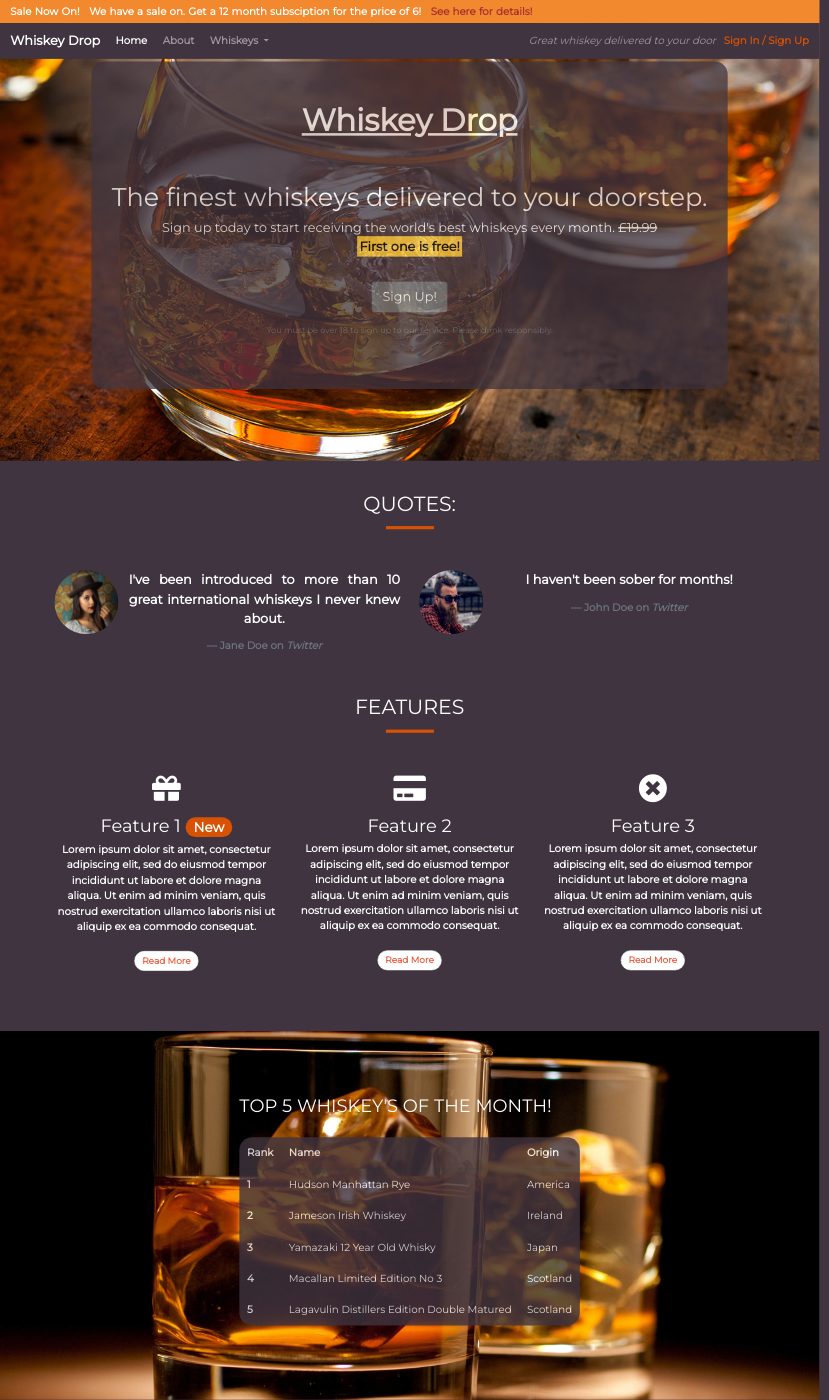
Repository: ClaireRoberts1403/Whiskey-Drop
Page: index.html
The author's editor kept a record of every edit. The page is drawn from the files as they stood at one moment, then again after the next edit.
The browser window is 1280 px wide. The page is 1295 px wide, so the pictures cover 1295 px, including what lies to the right of the window. The pictures show the whole page, at 64% of full size.
Backgrounds fixed to the window are drawn as part of the page. Some web libraries are served in a nearby version.

Above is the page before.

### index.html
<!DOCTYPE html>
<html lang="en-us">

<head>
    <meta charset="utf-8">
    <meta name="viewport" content="width=device-width, initial-scale=1.0">
    <title>Whiskey Drop | Taste a new whiskey every month</title>
    <link rel="stylesheet" href="https://maxcdn.bootstrapcdn.com/bootstrap/4.1.3/css/bootstrap.min.css">
    <link rel="stylesheet" href="https://use.fontawesome.com/releases/v5.6.1/css/all.css" integrity="sha384-gfdkjb5BdAXd+lj+gudLWI+BXq4IuLW5IT+brZEZsLFm++aCMlF1V92rMkPaX4PP" crossorigin="anonymous">
    <link href="https://fonts.googleapis.com/css?family=Montserrat&display=swap" rel="stylesheet">
    <link rel="stylesheet" href="CSS/style.css" type="text/css" />
</head>

<body>
    <!-- Nav-alert -->
    <div class="container-fluid navalert-container">
        <div class="container-fluid alert-container">
            <div class="row d-none d-sm-block">
                <div class="col-12">
                    <div class="alert alert-warning">
                        <strong>Sale Now On!</strong>&nbsp&nbsp We have a sale on. Get a 12 month subsciption for the price of 6! &nbsp <a class="a1" href="">See here for details!</a>
                    </div>
                </div>
            </div>
        </div>
        <!-- Nav -->
        <nav class="navbar navbar-dark navbar-expand-sm bg-dark">
            <a href="/" class="navbar-brand">Whiskey Drop</a>
            <button class="navbar-toggler ml-auto" type="button" data-toggle="collapse" data-target="#navbarNavDropdown" aria-controls="navbarNavDropdown" aria-expanded="false" aria-label="Toggle navigation">
        <span class="navbar-toggler-icon"></span></button>

            <div class="collapse navbar-collapse" id="navbarNavDropdown">
                <ul class="navbar-nav mr-auto">
                    <li class="active nav-item mr-2"><a class="nav-link" href="/">Home</a></li>
                    <li class="nav-item mr-2"><a class="nav-link" href="">About</a></li>
                    <li class="nav-item dropdown">
                        <a class="nav-link dropdown-toggle" href="#" id="navbarDropdownMenuLink" role="button" data-toggle="dropdown" aria-haspopup="true" aria-expanded="false">
                        Whiskeys
                        </a>
                        <div class="dropdown-menu" aria-labelledby="navbarDropdownMenuLink">
                            <a class="dropdown-item" href="#">Irish</a>
                            <a class="dropdown-item" href="#">Scotch</a>
                            <a class="dropdown-item" href="#">Japanese</a>
                            <a class="dropdown-item" href="#">American</a>

                    </li>
                    <li class="nav-item mr-2 d-block d-sm-none"><a class="nav-link" href="">Sign In / Sign Up</a></li>
                </ul>
                </div>
                <div class="d-none d-md-none d-lg-block">
                    <p class="navbar-text my-auto mr-2"><i>Great whiskey delivered to your door</i></p>
                    <a class="a" href="/login">Sign In / Sign Up</a>
                </div>
        </nav>
        </div>
    </div>
    <!-- Jumbotron -->
    <div class="container-fluid callout-container">
        <div class="row">
            <div class="col-12">
                <section class="jumbotron text-center">
                    <h1 class="jumbotron-header1">Whiskey Drop<br><br></h1>
                    <h1 class="jumbotron-header">The finest whiskeys delivered to your doorstep.</h1>
                    <p class="lead">Sign up today to start receiving the world's best whiskeys every month.
                        <s class="d-none d-sm-inline">£19.99</s>
                        <span class="d-inline d-sm-none"><br></span>
                        <br><strong><mark>First one is free!</mark></strong></p><br>
                    <p>
                        <button class="btn btn-lg btn-secondary" data-toggle="modal" data-target="#signUpModal">
                        Sign Up!
                        </button>
                    </p>
                    <p class="text-muted"><small>You must be over 18 to sign up to our service. Please drink responsibly.</small>
                    </p>
                </section>
            </div>
        </div>
    </div>
    <!-- Quotes -->
    <div class="container quotes-container">
        <section class="quotes">
            <div class="row">
                <div class="col-12 my-5">
                    <h2 class="text-uppercase">Quotes:</h2>
                    <hr class="block-divider">
                </div>
            </div>
            <div class="row ">
                <div class="col-12 col-md-6">
                    <div class="media">
                        <div class="d-none d-sm-block">
                            <img src="images/girl-image.png" class="rounded-circle mr-3" height=100 width=100>
                        </div>
                        <div class="media-body">
                            <blockquote class="blockquote">
                                <p>I've been introduced to more than 10 great international whiskeys I never knew about.</p>
                                <footer class="blockquote-footer">Jane Doe on <cite title="Twitter">Twitter</cite></footer>
                            </blockquote>
                        </div>
                    </div>
                </div>
                <div class="col-12 col-md-6">
                    <div class="media">
                        <div class="d-none d-sm-block">
                            <img src="images/guy-image.png" class="rounded-circle mr-3" height=100 width=100>
                        </div>
                        <div class="media-body">
                            <blockquote class="blockquote">
                                <p>I haven't been sober for months!</p>
                                <footer class="blockquote-footer">John Doe on <cite title="Twitter">Twitter</cite></footer>
                            </blockquote>
                        </div>
                    </div>
                </div>
            </div>
        </section>

    </div>
    <!-- Features -->
    <div class="container features-container">
        <section class="features">
            <div class="row">
                <div class="col-12 my-5">
                    <h2 class="text-uppercase">Features</h2>
                    <hr class="block-divider">
                </div>
            </div>
            <div class="row">
                <div class="col-12 col-md-6 col-lg-4">
                    <div class="feature ">
                        <h3><i class="fas fa-gift d-none d-sm-block"></i>Feature 1&nbsp<span class="badge badge-pill badge-secondary">New</span></h3>
                        <p>Lorem ipsum dolor sit amet, consectetur adipiscing elit, sed do eiusmod tempor incididunt ut labore et dolore magna aliqua. Ut enim ad minim veniam, quis nostrud exercitation ullamco laboris nisi ut aliquip ex ea commodo consequat.
                        </p>
                        <p><a class="btn btn-sm btn-light " href="#">Read More</a></p>
                    </div>
                </div>
                <div class="col-12 col-md-6 col-lg-4 ">
                    <div class="feature">
                        <h3><i class="fas fa-credit-card d-none d-sm-block"></i>Feature 2</h3>
                        <p>Lorem ipsum dolor sit amet, consectetur adipiscing elit, sed do eiusmod tempor incididunt ut labore et dolore magna aliqua. Ut enim ad minim veniam, quis nostrud exercitation ullamco laboris nisi ut aliquip ex ea commodo consequat.
                        </p>
                        <p><a class="btn btn-sm btn-light" href="#">Read More</a></p>
                    </div>
                </div>
                <div class="col-12 d-md-none d-lg-block col-lg-4">
                    <div class="feature">
                        <h3><i class="fas fa-times-circle d-none d-sm-block"></i>Feature 3</h3>
                        <p>Lorem ipsum dolor sit amet, consectetur adipiscing elit, sed do eiusmod tempor incididunt ut labore et dolore magna aliqua. Ut enim ad minim veniam, quis nostrud exercitation ullamco laboris nisi ut aliquip ex ea commodo consequat.
                        </p>
                        <p><a class="btn btn-sm btn-light" href="#">Read More</a></p>
                    </div>
                </div>
            </div>
        </section>
    </div>
    <br>
    <!-- Favourites -->
    <div class="container-fluid favourites-container">
        <div class="row">
            <div class="col-12 my-5">
                <section>
                    <table class="table table-dark">
                        <thead>
                            <h3 class="text-uppercase">Top 5 Whiskey's of the Month!</h3>
                            <br>
                            <tr>
                                <th scope="col">Rank</th>
                                <th scope="col">Name</th>
                                <th scope="col">Origin</th>
                            </tr>
                        </thead>
                        <tbody>
                            <tr>
                                <th scope="row">1</th>
                                <td>Hudson Manhattan Rye</td>
                                <td>America</td>
                            </tr>
                            <tr>
                                <th scope="row">2</th>
                                <td>Jameson Irish Whiskey</td>
                                <td>Ireland</td>
                            </tr>
                            <tr>
                                <th scope="row">3</th>
                                <td>Yamazaki 12 Year Old Whisky</td>
                                <td>Japan</td>
                            </tr>
                            <tr>
                                <th scope="row">4</th>
                                <td>Macallan Limited Edition No 3</td>
                                <td>Scotland</td>
                            </tr>
                            <tr>
                                <th scope="row">5</th>
                                <td>Lagavulin Distillers Edition Double Matured</td>
                                <td>Scotland</td>
                            </tr>
                        </tbody>
                    </table>
                </section>
            </div>
        </div>
    </div>
    <!-- Modal -->
    <div class="modal" tabindex="-1" role="dialog" id="signUpModal">
        <div class="modal-dialog" role="document">
            <div class="modal-content">
                <div class="modal-header">
                    <h5 class="modal-title">Sign Up To Whiskey Drop!</h5>
                    <button type="button" class="close" data-dismiss="modal" aria-label="Close">
          <span aria-hidden="true">&times;</span>
        </button>
                </div>
                <div class="modal-body">
                    <form>
                        <div class="form-group">
                            <label for="exampleInputEmail1">Email address</label>
                            <input type="email" class="form-control" id="exampleInputEmail1" aria-describedby="emailHelp" placeholder="Enter email">
                            <small id="emailHelp" class="form-text text-muted">We'll never share your email with anyone else.</small>
                        </div>
                        <div class="form-group">
                            <label for="password">Password</label>
                            <input type="password" class="form-control" id="password" placeholder="Password">
                        </div>
                        <div class="form-group">
                            <label for="repeatPassword">Repeat Password</label>
                            <input type="password" class="form-control" id="repeatPassword" placeholder="Repeat Password">
                        </div>
                        <button type="submit" class="btn btn-secondary">Submit</button>
                    </form>
                </div>
            </div>
        </div>
    </div>
</body>
<script src="https://code.jquery.com/jquery-3.3.1.slim.min.js " integrity="sha384-q8i/X+965DzO0rT7abK41JStQIAqVgRVzpbzo5smXKp4YfRvH+8abtTE1Pi6jizo " crossorigin="anonymous "></script>
<script src="https://cdnjs.cloudflare.com/ajax/libs/popper.js/1.14.7/umd/popper.min.js " integrity="sha384-UO2eT0CpHqdSJQ6hJty5KVphtPhzWj9WO1clHTMGa3JDZwrnQq4sF86dIHNDz0W1 " crossorigin="anonymous "></script>
<script src="https://stackpath.bootstrapcdn.com/bootstrap/4.3.1/js/bootstrap.min.js " integrity="sha384-JjSmVgyd0p3pXB1rRibZUAYoIIy6OrQ6VrjIEaFf/nJGzIxFDsf4x0xIM+B07jRM " crossorigin="anonymous "></script>

</html>

### CSS/style.css
body {
    font-family: 'Montserrat', sans-serif;
    background-color: #3F343F;
}

/* Nav */

.navbar {
    background-color: #3F343F!important;
}

.a {
    color: #D85204;
    text-decoration: none;
    background-color: transparent;
    font-weight: bold;
}

.a1 {
    color: #A53131;
    text-decoration: none;
    background-color: transparent;
    font-weight: bold;
}

.a1:hover {
    color: #D85204;
}

.a:hover {
    color: #F24C26;
}

.navbar-brand {
    font-weight: bold;
}

.navalert-container {
    position: absolute;
    top: 0;
    left: 0;
    z-index: 1;
    padding-left: 0;
    padding-right: 0;
}



.navbar {
    margin-bottom: 0;
    width: 100%;
    background-color: #3F343F;
    border: 0;
}



.navbar .navbar-toggler {
    border: 0;
}


.navbar .navbar-brand {
    font-weight: bold;
}

.navbar .navbar-nav a {
    font-weight: bold;
}


.dropdown-item {
    color: #3F343F;
}

.dropdown-item:hover {
    background-color: #D6C9C1;
}


/* Containers */

/*
.container-wrapper {}

.container-wrapper--red {
    background-color: #f05f40;
    color: white;
}
*/

.alert-container {
    padding: 0;
}

.alert-warning {
    border-radius: 0;
    margin-bottom: 0;
    padding: 5px 15px;
    background-color: #F2892E;
    border-color: #F2892E;
    color: white;
    font-weight: bold;
    word-spacing: 0.05em;
}

.callout-container {
    height: 100vh;
    background: url('../images/bourbon-on-the-rocks.jpg') no-repeat center center fixed;
    -webkit-background-size: cover;
    -moz-background-size: cover;
    -o-background-size: cover;
    background-size: cover;

    display: flex;
    align-items: center;
    justify-content: center;

    position: relative;
}
/* center center =bottom right*/



.callout-container .mark, mark {
    background-color: #ffce3b;
    font-weight: bold;
}
/*
.content-container {
    padding-top: 75px;
    padding-bottom: 75px;
}*/

.quotes-container {
    background-color: #3F343F;
    color: white;
    font-weight: bold;
    background-size: cover;
    display: flex;
    align-items: center;
    justify-content: center;
    text-align-last: center;
    text-align: justify;
    position: relative;

}

.features-container {
    color: white;
    font-weight: bold;
    text-align-last: center;
    text-align: justify;
}


/* Features*/

.features .btn {
    border-radius: 10px;
    font-weight: bold;
}

.feature i {
    margin-bottom: 20px;
    font-size: 45px;
    line-height: 45px;
}

.badge-secondary {
    background-color: #D85204;
}

/* Block dividers */

.block-divider {
    width: 75px;
    height: 5px;
    border: 0;
    background-color: #D85204;
}



/* Favourites */

.favourites-container {
    margin-top: 30px;
    display: flex;
    align-items: center;
    justify-content: center;
    height: 80vh;
    color: white;
    background: url('../images/whisky-glass.jpg') no-repeat center center fixed;
    -webkit-background-size: cover;
    -moz-background-size: cover;
    -o-background-size: cover;
    background-size: cover;

}

.table-dark {
    background-color: #3F343F;
    opacity: 0.8;
    border-radius: 20px;
    border-color: transparent;
    border: hidden;
}

/* Jumbotron */

.jumbotron {
    background-color: #3F343F;
    opacity: 0.75;
    margin-top: 1em;
    border-radius: 20px;
    color: white;
}


.jumbotron text-center jumbotron-header {
    color: white;
    font-weight: bold;
    margin-bottom: 30px;
}

.jumbotron-header1 {
    color: white;
    font-weight: bolder;
    text-shadow: 2px 2px 2px #3F343F;
    font-size: 3em;
    text-decoration: underline;
}

@media (min-width:760px) {

    .jumbotron:hover {
        font-size: 1.5em;
        transition-duration: 2s;
        transition-timing-function: ease-in-out;
        opacity: 0.85;
    }

}
==============================================================================




/* Jumbotron

.jumbotron {
    background-color: transparent;
}

.jumbotron h1 {
    color: white;
    font-weight: bold;
    margin-bottom: 30px;
    color: white;
}

.jumbotron .lead {
    color: #a7a7a7;
    margin: 25px 0;
}

.jumbotron small {
    font-size: 60%;
    font-style: italic;
    color: #d0d0d0;
}
*/



/* Alert */

.alert-container .col-12 {
    padding-left: 0;
    padding-right: 0;
}

.site-wide-alert {
    color: #544600;
    background-color: #eec802;
    border-color: #eec802;
    padding: 5px 15px;
    margin-bottom: 0;
    border: 1px solid transparent;
    border-radius: 0;
}



/* Quotes */

.quotes .page-header {
    margin-bottom: 25px;
}

/* Features */

.feature {
    text-align: center;
    margin-bottom: 40px;
}

.feature i {
    margin-bottom: 20px;
    font-size: 45px;
    line-height: 45px;
}

.feature .btn {
    background-color: white;
    border-color: white;
    border-radius: 15px;
    min-width: 100px;
    font-weight: bold;
    margin-top: 10px;
    color: #f05f40;
}
*/

After the next edit:
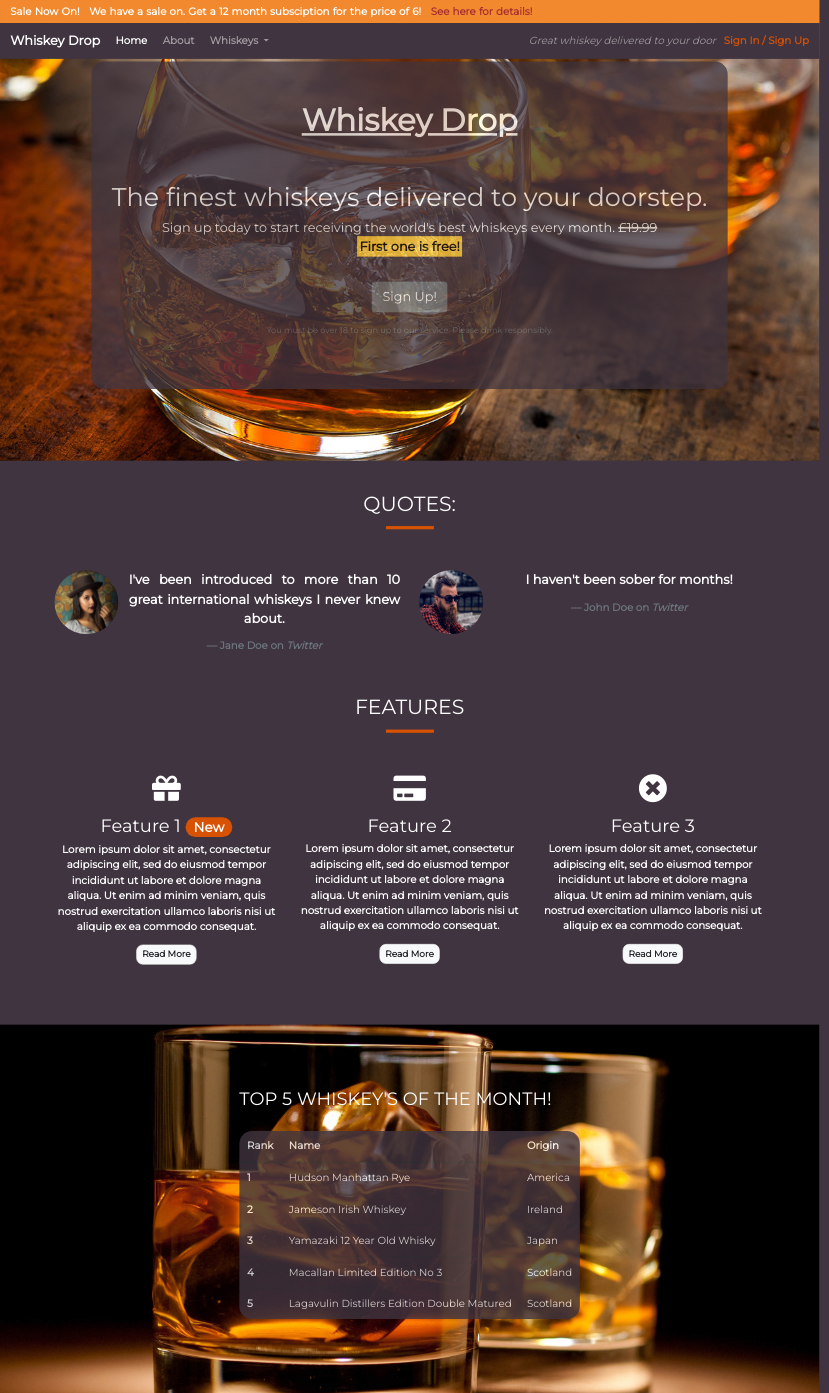
The edit:
--- a/CSS/style.css
+++ b/CSS/style.css
@@ -311,14 +311,3 @@
     font-size: 45px;
     line-height: 45px;
 }
-
-.feature .btn {
-    background-color: white;
-    border-color: white;
-    border-radius: 15px;
-    min-width: 100px;
-    font-weight: bold;
-    margin-top: 10px;
-    color: #f05f40;
-}
-*/
